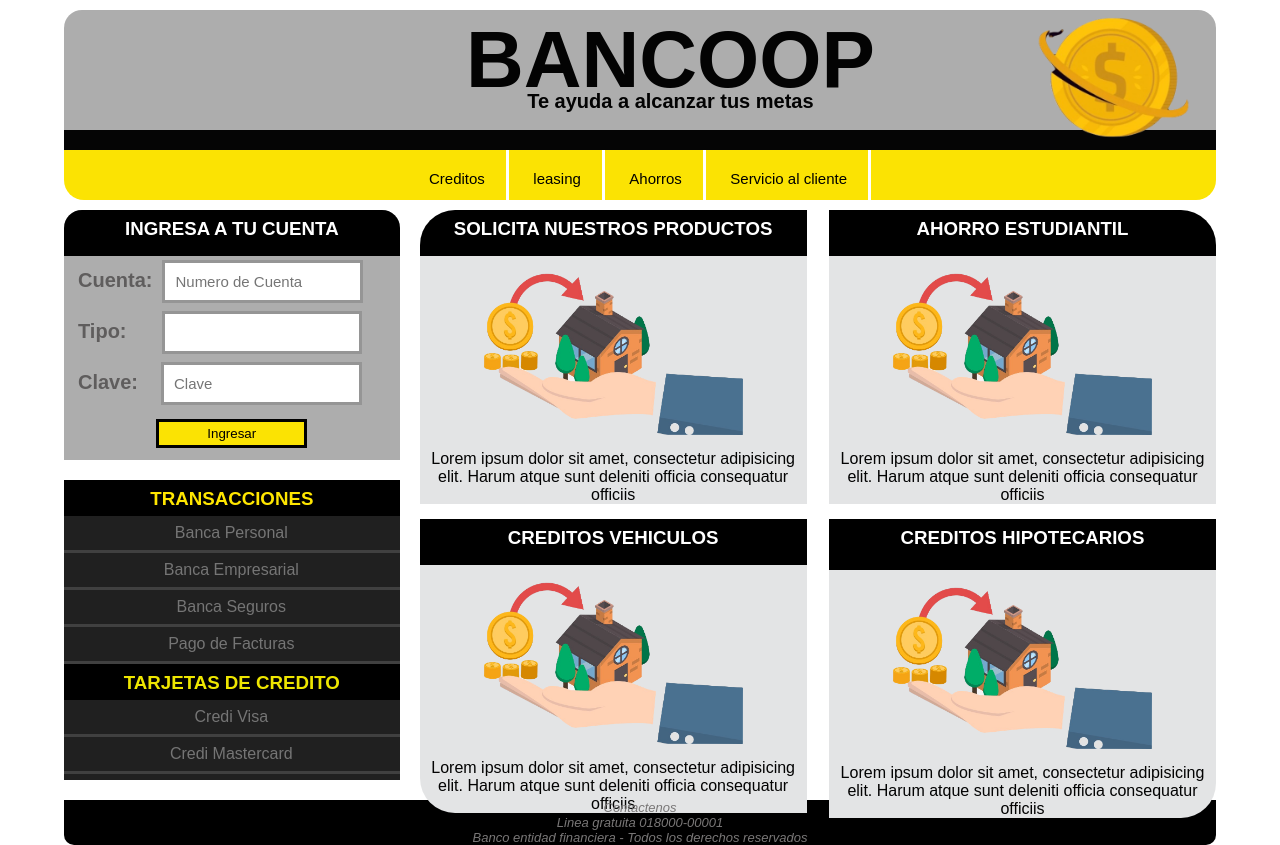
Repository: NickArregoces/BANCOOP
Page: Index.html
These files come from the project's save history. The page is drawn as it stood at one moment and after the next save; the edit follows.
The browser window is 1280 px wide. The pictures show the whole page.

Above is the page before, as saved 2021-10-04 17:59:33.

After the next save:
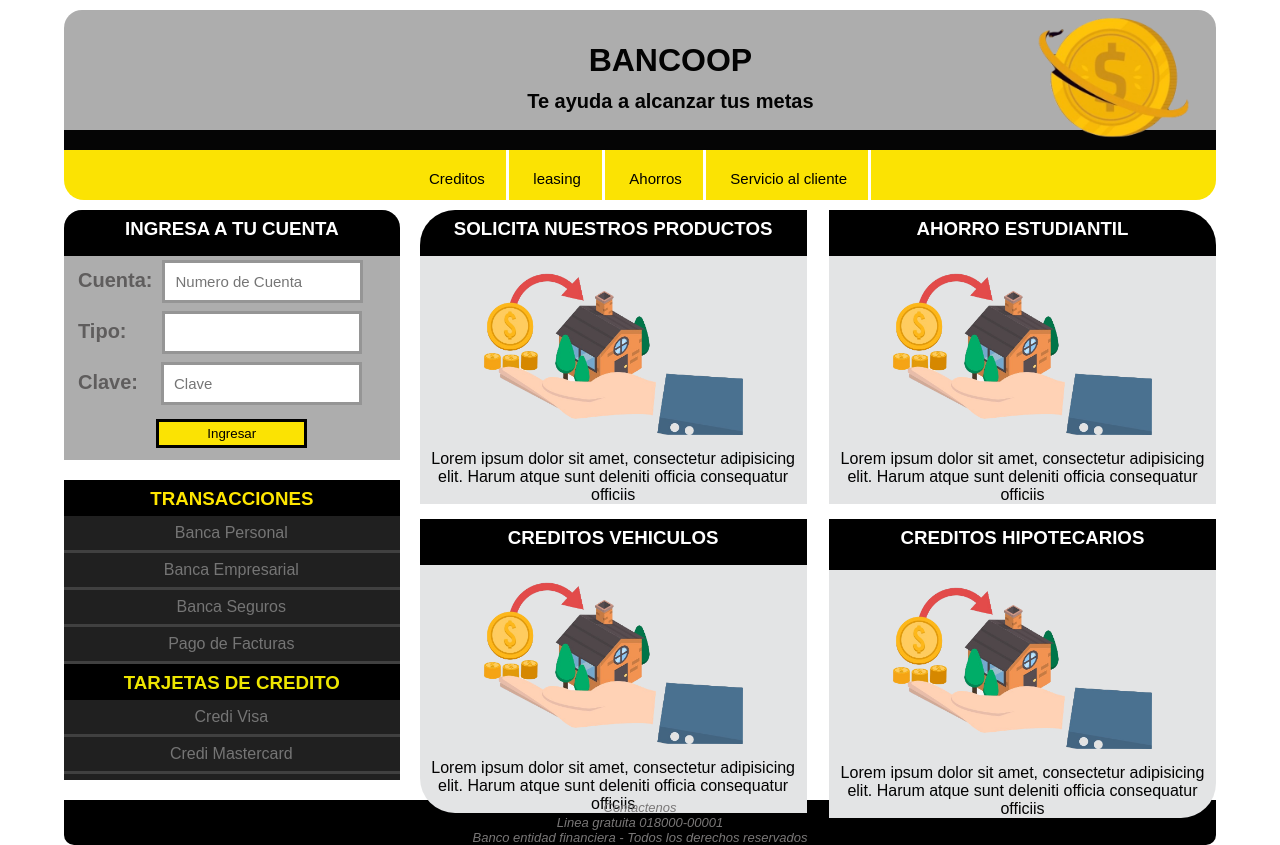
Saved 19 s later.
--- a/CSS/Style.css
+++ b/CSS/Style.css
@@ -28,7 +28,7 @@
         margin-top: 20px;
     }
     header h1{
-        font-family: ;
+        <link href="https://fonts.googleapis.com/css2?family=Roboto:ital,wght@0,100;0,300;0,400;0,500;0,700;0,900;1,100;1,300;1,400;1,500;1,700;1,900&display=swap" rel="stylesheet">
         font-size: 80px;
         text-align: center;
         line-height: 60px;

After the save that followed:
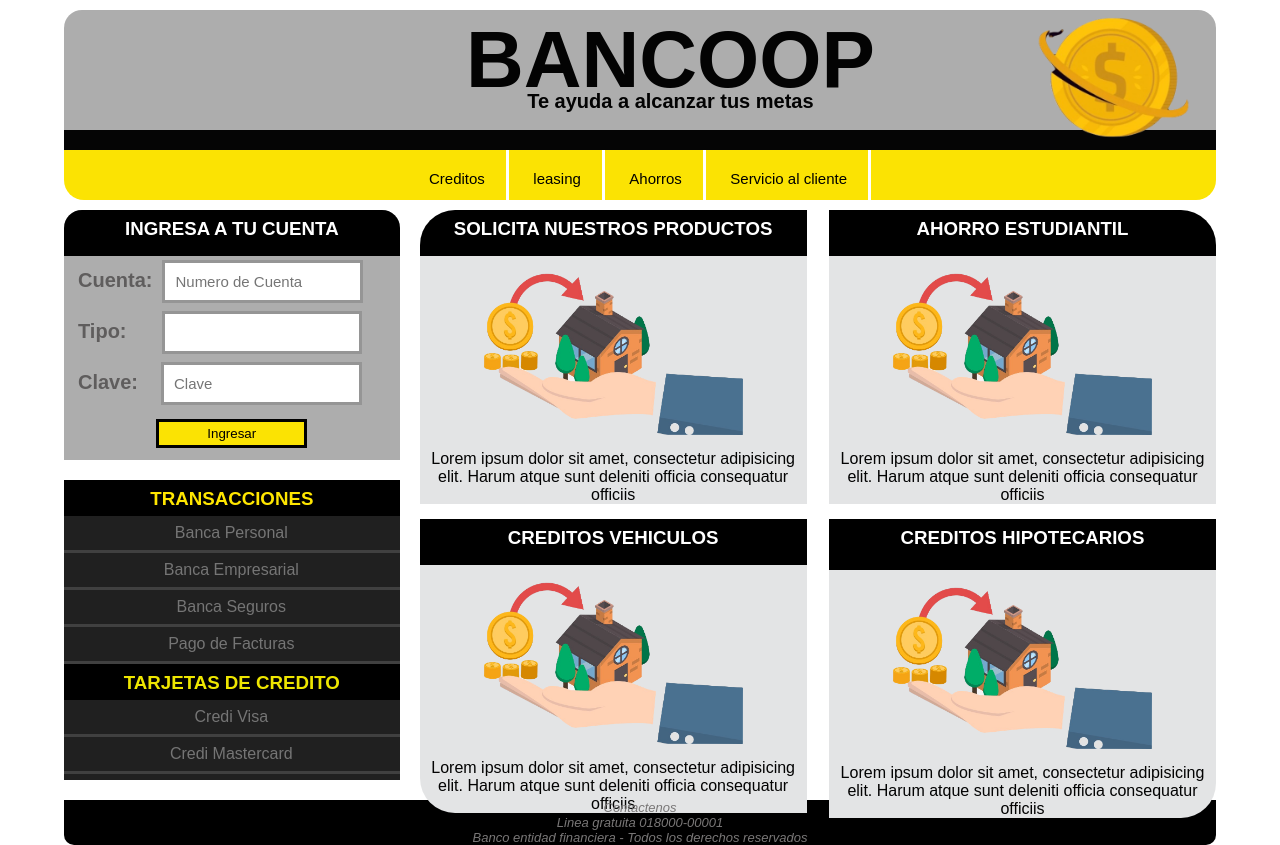
Saved 5 s later.
--- a/CSS/Style.css
+++ b/CSS/Style.css
@@ -28,7 +28,7 @@
         margin-top: 20px;
     }
     header h1{
-        <link href="https://fonts.googleapis.com/css2?family=Roboto:ital,wght@0,100;0,300;0,400;0,500;0,700;0,900;1,100;1,300;1,400;1,500;1,700;1,900&display=swap" rel="stylesheet">
+        <link href="https://fonts.googleapis.com/css2?family=Roboto:ital,wght@0,100;0,300;0,400;0,500;0,700;0,900;1,100;1,300;1,400;1,500;1,700;1,900&display=swap" rel="stylesheet">;
         font-size: 80px;
         text-align: center;
         line-height: 60px;
